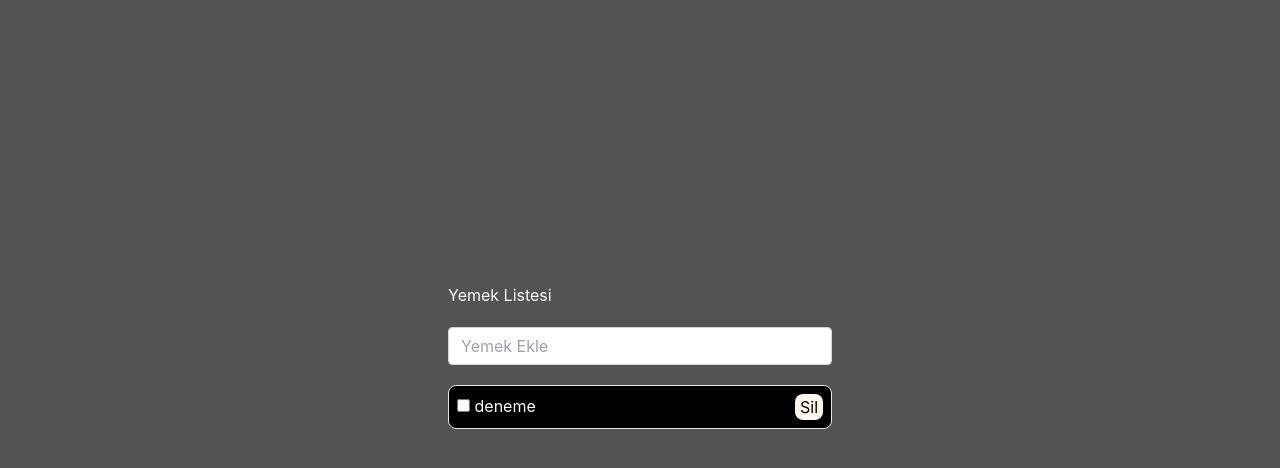
Repository: muratyildiz63/Composition-API-Nedir-todo-list
Page: /
An editor plug-in stored every save of this project. The page is shown before and after the next save, followed by the edit.
The browser window is 1280 px wide. The pictures show the whole page.
The project was rebuilt for these pictures with package versions that can differ from the ones it lists, and the page was loaded fresh each time. Also part of the build but not shown: vite.config.js.

Above is the page before, as saved 2022-08-16 06:56:28.

After the next save:
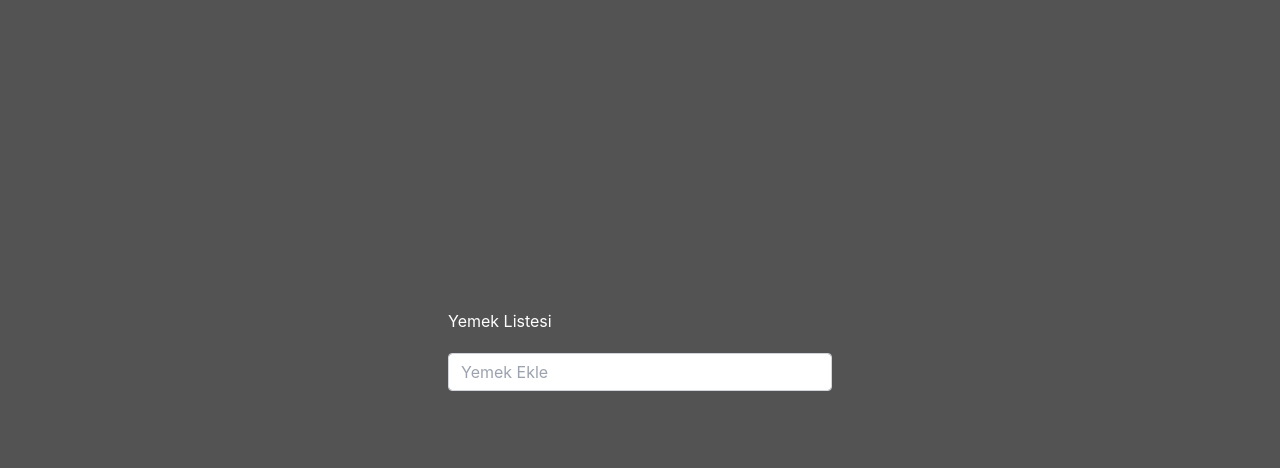
Saved 36 s later.
--- a/src/components/todoList.vue
+++ b/src/components/todoList.vue
@@ -1,7 +1,7 @@
 <template>
   <div class="flex justify-center">
     <div class="rounded-lg w-96">
-    <TodoListItem />
+    <TodoListItem  v-for="food in  foodList" :key="food.id" />
     </div>
   </div>
 </template>
